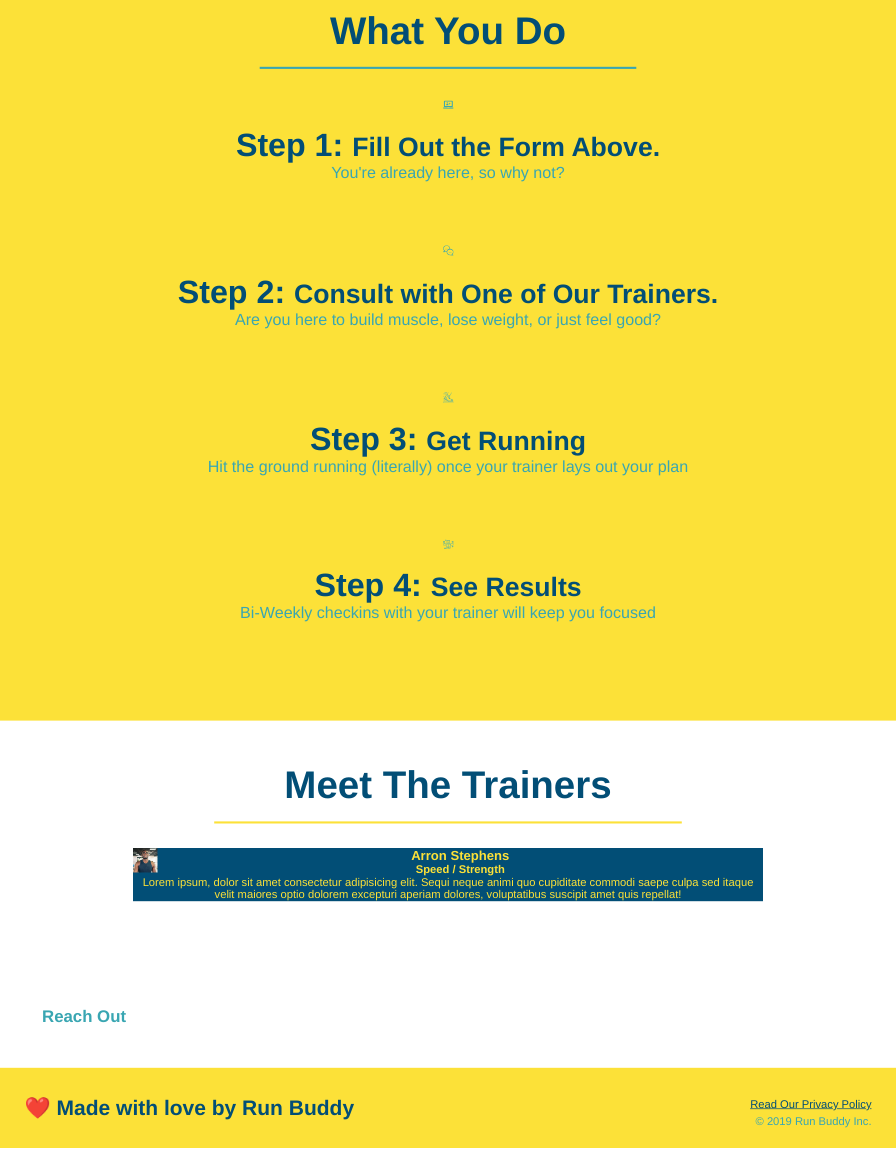
Repository: symlara/run-buddy
Page: index.html
The author's editor kept a copy of each file at every save. The page is drawn from the files as they stood at one save, then again after the next save.
The browser window is 1280 px wide. The pictures show the part of the page from y = 1228 to 3148 px (the page is 2869 px tall before and 3148 px after), at 70% of full size.

Above is the page before, as saved 2020-12-10 14:13:30.

### index.html
<!DOCTYPE html>
<html lang="en">
    <head>
        <link rel="stylesheet" href="./assets/css/style.css" />
        <meta charset="UTF-8"/>
        <title>Run Buddy</title>
    </head>
    <body>
        <!-- navigation -->
        <header>
        <a href="/"><h1>RUN BUDDY</h1></a>
        <nav>
            <!-- Unordered list element -->
            <ul>
                <!-- List item element -->
                <li>
                    <!-- Anchor Element -->
                    <a href="#what-we-do">What We Do</a>
                </li>
                <li>
                    <a href="#what-you-do">What You Do</a>
                </li>
                <li>
                    <a href="#your-trainers">Your Trainers</a>
                </li>
                <li>
                    <a href="#reach-out">Reach Out</a>
                </li>
            </ul>
        </nav>
        </header>

        <!-- hero section -->
        <section class="hero">
        <div class="hero-form">
            <h3>Get Started Today</h3>
            <p>Fill out this form and one of our trainers will schedule a consult</p>
            <!-- Add form elements -->
            <form>
                <label for="name">Enter full name:</label>
                <input type="text" placeholder="Your Name" name="name" id="name" class="form-input" />
                <label for="email">Enter Email Address:</label>
                <input type="email" placeholder="Email Address" name="email" id="email" class="form-input" />
                <label for="phone">Enter a telephone number</label>
                <input type="tel" placeholder="Phone Number" name="phone" id="phone" class="form-input" />
                <p>
                    Have you worked out with a trainer before?
                    <input type="radio" name="trainer-confirm" id="trainer-yes" />
                    <label for="trainer-yes">Yes</label>
                    <input type="radio" name="trainer-confirm" id="trainer-no" />
                    <label for="trainer-no">No</label>
                </p>
                <p>
                    <label for="checkbox">
                    I acknowledge that I am at least 18 years of age.
                    </label>
                    <input type="checkbox" name="age-confirm" id="checkbox" />
                </p>
                <button type="submit">
                    Get running!
                </button>
            </form>
        </div>
    </section>
    <!-- end hero -->

        <!-- hero/jumbotron -->
        <section></section>

        <!-- "what we do" section -->
        <section id="what-we-do" class="intro">
            <h2 class="section-title primary-border">What We Do</h2>
            <p>
                butcher selfies chambray shabby chic gentrify readymade yr Echo Park XOXO Tumblr normcore Banksy direct trade Blue Bottle chillwave you probably haven't heard of them single-origin coffee Vice fanny pack fixie Odd Future Austin fingerstache pickled twee synth Wes Anderson Thundercats viral bitters flannel meggings narwhal Marfa Schlitz sustainable Intelligentsia umami deep v craft
            </p>
        </section>

        <!-- "what you do" section -->
        <section id="what-you-do" class="steps">
            <h2 class="section-title secondary-border">What You Do</h2>

            <div>
                <!-- insert this img element -->
                <img src="./assets/images/step-1.svg" alt="" />
                <h3>Step 1: <span>Fill Out the Form Above.</span></h3>
                <p>You're already here, so why not?</p>
            </div>

            <div>
                <!-- insert this img element -->
                <img src="./assets/images/step-2.svg" alt="" />
                <h3>Step 2: <span>Consult with One of Our Trainers.</span></h3>
                <p>Are you here to build muscle, lose weight, or just feel good?</p>
            </div>

            <div>
                <!-- insert this img element -->
                <img src="./assets/images/step-3.svg" alt="" />
                <h3>Step 3: <span>Get Running</span></h3>
                <p>Hit the ground running (literally) once your trainer lays out your plan</p>
            </div>

            <div>
                <!-- insert this img element -->
                <img src="./assets/images/step-4.svg" alt="" />
                <h3>Step 4: <span>See Results</span></h3>
                <p>Bi-Weekly checkins with your trainer will keep you focused</p>
            </div>
        </section>

        <!-- "meet the trainers" section -->
        <section id="your-trainers" class="trainers">
            <h2 class="section-title primary-border">Meet The Trainers

            </h2>
            <article class="trainer">
                <img src="./assets/images/trainer-1.jpg" alt="Arron Stephens in his workout clothes, ready to pump iron" />
                <div class="trainer-bio">
                    <h3>Arron Stephens</h3>
                    <h4>Speed / Strength</h4>
                    <p>
                        Lorem ipsum, dolor sit amet consectetur adipisicing elit. Sequi neque animi quo cupiditate commodi saepe culpa sed
                        itaque velit maiores optio dolorem excepturi aperiam dolores, voluptatibus suscipit amet quis repellat!
                    </p>
                </div>
            </article>
        </section>

        <!-- "reach out" section -->
        <section>
            <h2>Reach Out</h2>
        </section>

        <!-- footer -->
        <footer>
            <h2>❤️ Made with love by Run Buddy</h2>
            <div>
                <a href="#">Read Our Privacy Policy</a><br />
                &copy; 2019 Run Buddy Inc.
            </div>
        </footer>
    </body>

    </html>

### assets/css/style.css
* {
    margin: 0;
    padding: 0;
    box-sizing: border-box;
}


body {
    /* more on this crazy alphanumerical value in a minute */
    color: #39a6b2;
    font-family: Helvetica, Arial, sans-serif;
}

/* apply styles to header */
header {
    padding: 20px 35px;
    background-color: #39a6b2;
}

header h1 {
    font-weight: bold;
    font-size: 36px;
    color: #fce138;
    margin: 0;
    display: inline;
}

header a {
    text-decoration: none;
    color: #fce138;
}

header nav {
    float: right;
    margin: 7px 0;
}

header nav ul li {
    display: inline;
}

header nav ul li a {
    margin: 0 30px;
    font-weight: lighter;
    font-size: 22px;
}

footer {
    background: #fce138;
    width: 100%;
    padding: 40px 35px;
  }

footer h2 {
    display: inline;
    color: #024e76;
    font-size: 30px;
    margin: 0;
}

footer div {
    float: right;
    line-height: 1.5;
    text-align: right;
}

footer a {
    color: #024e76;
}

section {
    padding: 60px;
}

/* Hero Style Start */
.hero {
    background-image: url("../images/hero-bg.jpg");
    height: 600px;
    background-size: cover;
    background-position: center;
    position: relative;
}
/*The height property fixed at 600px gives an exact size of the section, which is important in this context to allow room for the sign-up form.*/


.hero-form {
    border: solid 3px #024e76;
    background-color: #fce138;
    padding: 20px;
    width: 500px;
    color: #024e76;
    position: absolute;
    bottom: 120px;
    right: 140px;
}

.hero-form h3 {
    font-size: 24px;
    margin: 0;
}

.hero-form p {
    margin: 5px 0 15px 0;
}

.form-input {
    border: 1px solid #024e76;
    display: block;
    padding: 7px 15px;
    font-size: 16px;
    color: #024e76;
    width: 100%;
    margin-bottom: 15px;
}

.hero-form label {
    margin: 0 5px;
}

.hero-form button {
    color: #fce138;
    background-color: #024e76;
    border: none;
    padding: 10px 20px;
    font-size: 16px;
}
/* Hero Style End */

/*What We Do Section */
.intro {
    text-align: center;
}

.intro p {
    line-height: 1.7;
    color: #39a6b2;
    width: 80%;
    font-size: 20px;
    margin: 0 auto;
}

/*What We Do End*/

.section-title {
    display: inline-block;
    font-size: 55px;
    color: #024e76;
    margin-bottom: 35px;
    padding: 0 100px 20px 100px;
    border-bottom: 3px solid;
}

.primary-border {
    border-color: #fce138;
}

.secondary-border {
    border-color: #39a6b2;
}

/* What You Do Section */
.steps {
    text-align: center;
    background: #fce138;
}

.steps div {
    margin-bottom: 80px;
}

.steps img {
    width: 15px;
    margin: 10px 0;
}

.steps h3 {
    color: #024e76;
    font-size: 46px;
    margin-top: 10px;
}

.steps p {
    color: #39a6b2;
    font-size: 23px;
}

.steps span {
    font-size: 38px;
}


/* What You Do End */

/* Your Trainers Section */
.trainers {
    text-align: center;
}

.trainer {
    width: 900px;
    margin: 0 auto 30px auto;
    background: #024e76;
    color: #fce138;
}

.trainer img {
    width: 35px;
    float: left;
}

.trainer-bio {

}

/* Your Trainers Section End */

After the next save:
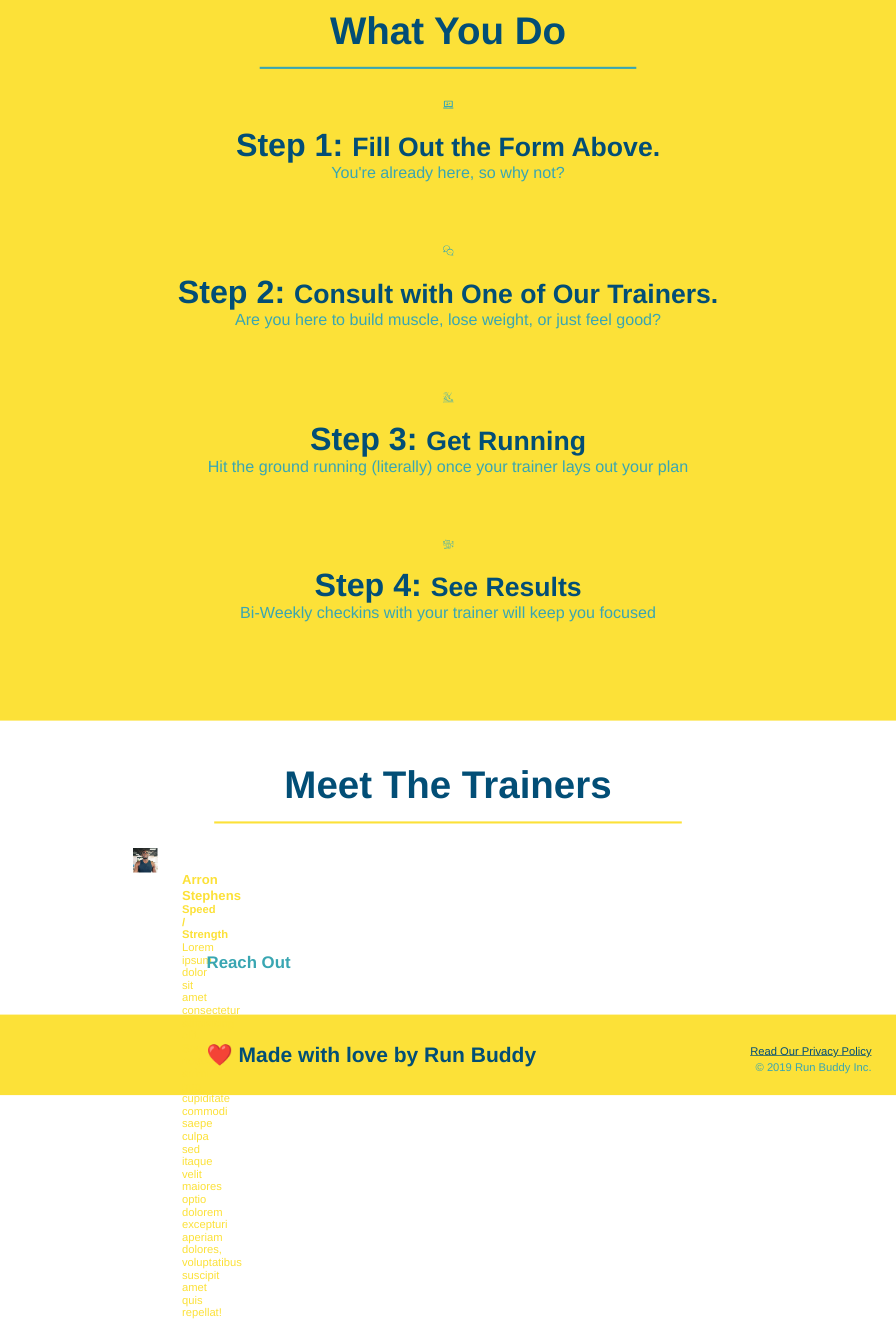
Saved 15 s later.
--- a/assets/css/style.css
+++ b/assets/css/style.css
@@ -209,7 +209,9 @@ section {
 }
 
 .trainer-bio {
-
+    padding: 35px;
+    float: left;
+    width: 65px;
 }
 
 /* Your Trainers Section End */
